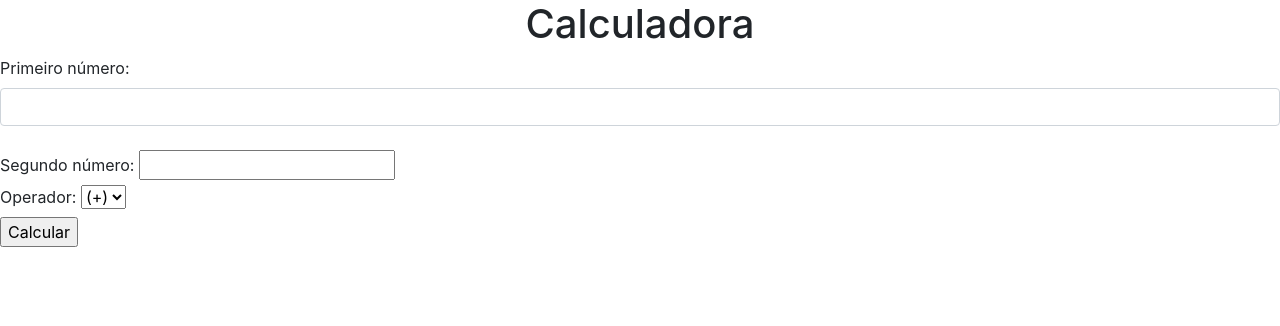
Repository: babirms/DAC
Page: Calculadora/WebContent/home.html
These files come from the project's save history. The page is drawn as it stood at one moment and after the next save; the edit follows.
The browser window is 1280 px wide. The pictures show the whole page.

Above is the page before, as saved 2020-09-20 22:30:15.
Console error (its wording comes from the project's code and is left out).

After the next save:
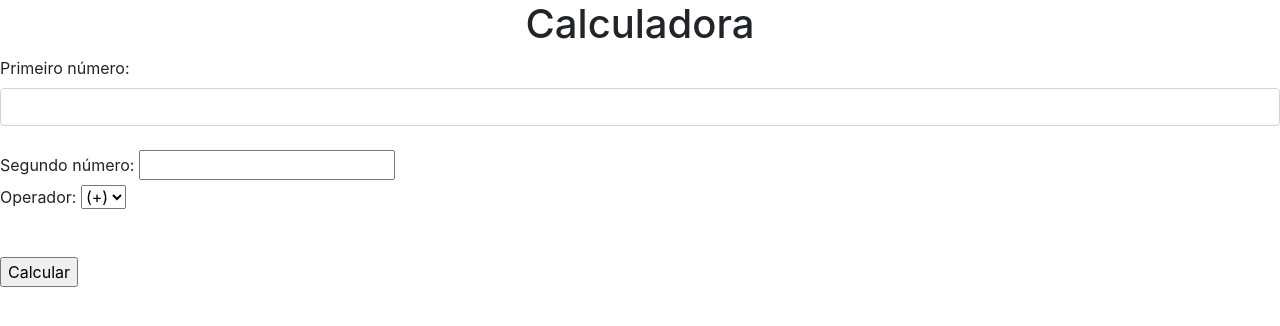
Saved 20 s later.
--- a/Calculadora/WebContent/home.html
+++ b/Calculadora/WebContent/home.html
@@ -16,14 +16,16 @@
 			<label for="primeiroNum">Primeiro número: </label> <input type="text"
 				class="form-control" name="primeiroValue" id="primeiroNum ">
 			<br> <label>Segundo número: </label> <input type="text"
-				name="segundoValue"> <br> <label>Operador: </label> <select
+				name="segundoValue"> <br> <label>Operador: </label>
+				 <select
 				name="operacao">
 				<option value="soma">(+)</option>
 				<option value="sub">(-)</option>
 				<option value="mul">(*)</option>
 				<option value="div">(/)</option>
+			</select>
 		</div>
-		</select> <br> <input type="submit" value="Calcular">
+		<br> <input type="submit" value="Calcular">
 	</form>
 
 
